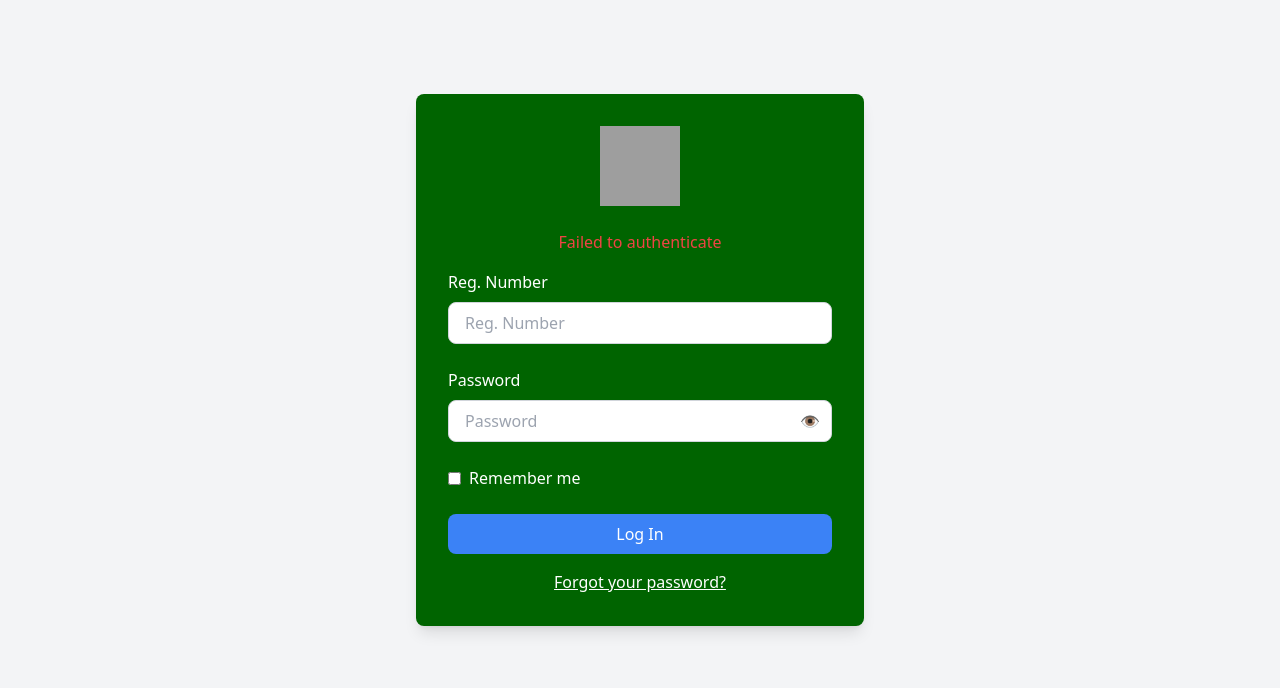
Repository: makanda596/gessamusystem
Page: /dashboard (app in client/)
The author's editor kept a copy of each file at every save. The page is drawn from the files as they stood at one save, then again after the next save.
The browser window is 1280 px wide. The pictures show the whole page.
Pictures or frames that could not be fetched are drawn as grey boxes. The page's requests for data from a server got no answer. The project was rebuilt for these pictures with package versions that can differ from the ones it lists, and the page was loaded fresh each time. No one was signed in, and anything a server would have sent is missing. Also part of the build but not shown: client/src/components/Navbar.jsx, client/src/components/Projects.jsx, client/src/pages/Allprojects.jsx, client/src/pages/Dashboard.jsx, client/src/pages/Home.jsx, client/src/pages/SignUp.jsx.

Above is the page before, as saved 2025-01-26 12:09:16.

After the next save:
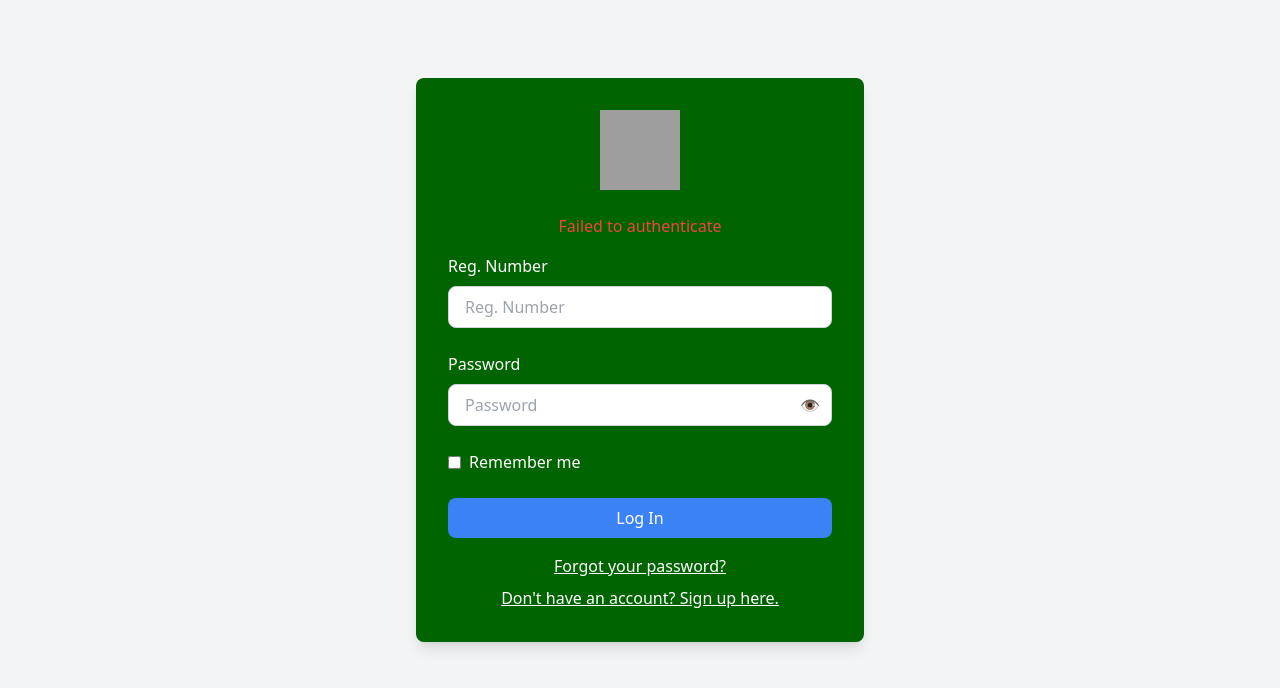
Saved 107 s later.
--- a/client/src/pages/Login.jsx
+++ b/client/src/pages/Login.jsx
@@ -96,12 +96,19 @@ const LoginPage = () => {
                     </button>
                 </form>
 
-                {/* Forgot Password Link */}
-                <p className="text-center mt-4">
-                    <a href="/forgot-password" className="text-white underline">
-                        Forgot your password?
-                    </a>
-                </p>
+                {/* Forgot Password and Signup Links */}
+                <div className="text-center mt-4">
+                    <p>
+                        <a href="/forgot-password" className="text-white underline">
+                            Forgot your password?
+                        </a>
+                    </p>
+                    <p className="mt-2">
+                        <a href="/signup" className="text-white underline">
+                            Don't have an account? Sign up here.
+                        </a>
+                    </p>
+                </div>
             </div>
         </div>
     );
